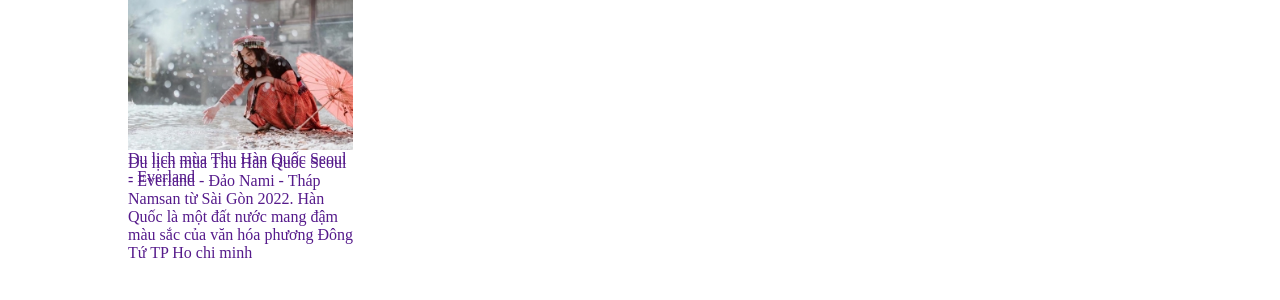
Repository: hoang71299/fe_26
Page: buoi 6/2.html
An editor plug-in stored every save of this project. The page is shown before and after the next save, followed by the edit.
The browser window is 1280 px wide. The pictures show the whole page.

Above is the page before, as saved 2022-08-30 15:28:19.

### buoi 6/2.html
<!DOCTYPE html>
<html lang="en">
<head>
    <meta charset="UTF-8">
    <meta http-equiv="X-UA-Compatible" content="IE=edge">
    <meta name="viewport" content="width=device-width, initial-scale=1.0">
    <title>Document</title>
    <link rel="stylesheet" href="./2.css">
</head>
<body>
    <div class="product">
        <div class="box">
            <a href="" class="top">
                <div class="content">
                    <img src="./image/dubai.jdg.jpg" alt="" class="hinhsp">
                    <div class="bg"></div>
                    <div class="text">
                        Du lịch mùa Thu Hàn Quốc Seoul - Everland - Đảo Nami - Tháp Namsan từ Sài Gòn 2022. Hàn Quốc là một đất nước mang đậm màu sắc của văn hóa phương Đông
                    </div>
                    <div class="diadiem">
                        Tứ TP Ho chi minh
                    </div>
                </div>
                <div class="tieude">
                    Du lịch mùa Thu Hàn Quốc Seoul - Everland
                </div>
            </a>
            <div class="bottom"></div>
        </div>
    </div>
</body>
</html>

### buoi 6/2.css
*{
    margin: 0;
    padding: 0;
    text-decoration: none;
}
html,body{
    width: 100%;
    height: 100%;
}
.product{
    width: 80%;
    height: auto;
    margin: auto;
}
.box{
    width: 22%;
    height: auto;
}
.top{
    width: 100%;
    display: inline-block;
}
.top .content{
    width: 100%;
    height: 150px;
    /* position: relative; */
    /* overflow: hidden; */
}
a.top .content .hinhsp{
    width: 100%;
    height: 100%;
    object-fit: cover;
}

After the next save:
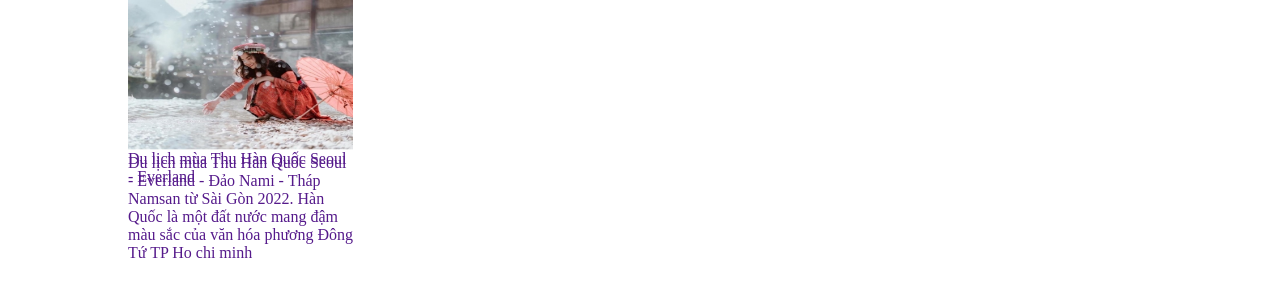
Saved 5 s later.
--- a/buoi 6/2.css
+++ b/buoi 6/2.css
@@ -29,5 +29,5 @@ html,body{
 a.top .content .hinhsp{
     width: 100%;
     height: 100%;
-    object-fit: cover;
+    /* object-fit: cover; */
 }
